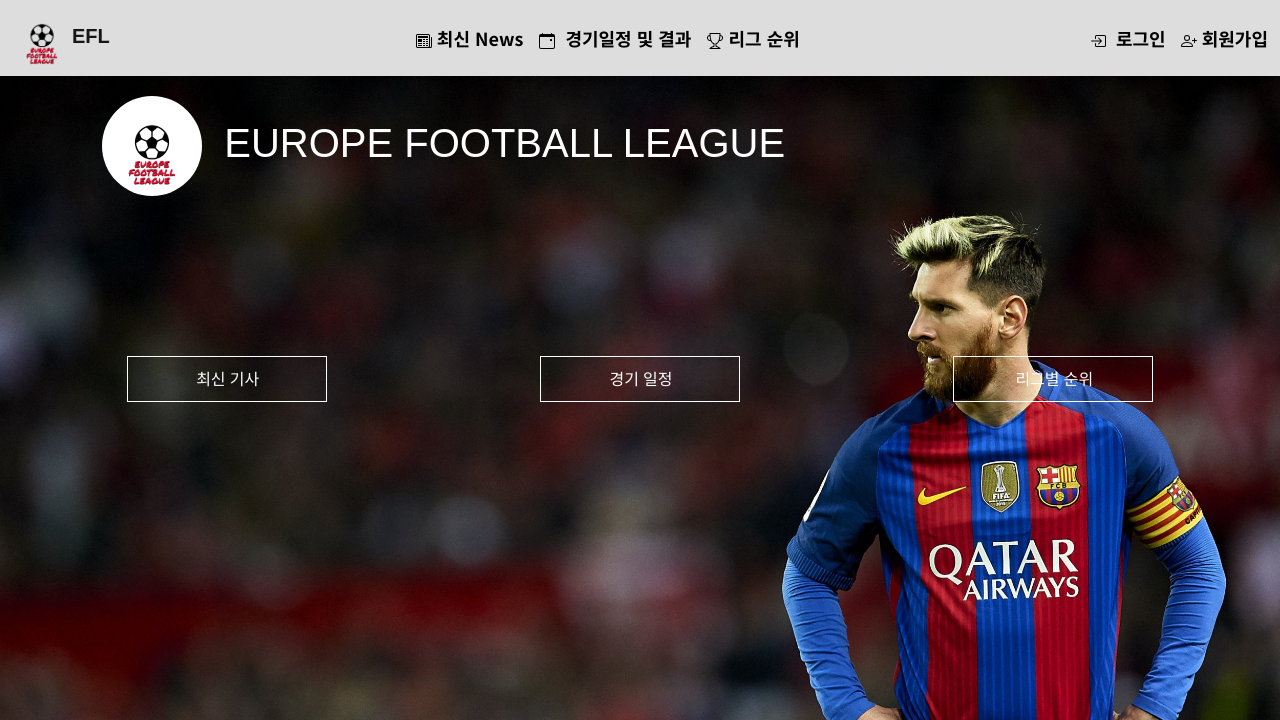
Repository: kylekimkim/uefa_project
Page: http://localhost/index
The author's editor kept a copy of each file at every save. The page is drawn from the files as they stood at one save, then again after the next save.
The browser window is 1280 px wide. The pictures show the whole page.
Some web fonts or font styles are not loaded; a fallback is used. The page is this project's Thymeleaf template; nobody is signed in. The template is opened directly, without the code that normally fills it, so the values that code supplies are empty.

Above is the page before, as saved 2022-07-22 08:17:24.

### uefa_project/src/main/resources/templates/index.html
<html lang="ko" xmlns:th="http:/www.thymeleaf.org">

	<head>
		<meta charset="UTF-8">
	</head>
	<style>
		body{
			background-image:url('/img/back.jpg');
			background-size:cover;
		}
		.logo{
			width:100px;
			background-color: white;
			border-radius:50px;
			padding:5px;
		}
		.menuList{
		border-radius:20px;
		display:flex;
		text-align:center;
		padding:20px;
		}
		.menuItem{
			width:200px;
			border:1px solid;
			color:white;
			margin:20px;
			text-align:center;
			margin:auto;
		}
		.menuBtn{
			width:200px;
			color:white;
			border:none;
			background-color: transparent;
			padding:10px;
		}
		.menuItem:hover{
			box-shadow:2px 2px 5px white;
			font-size:larger;
		}
	</style>
	<body>
		<header th:insert="header_nav.html"></header>
		<div class="container">
			<h1 style="color:white; margin:20px; font-family:'Mochiy Pop One', sans-serif;"><img class="logo" src="/img/logo.png" alt="league_image"> &nbsp;EUROPE FOOTBALL LEAGUE</h1>
		</div>
		<br><br><br><br><br>
		<div class="menuList">
			<div class="menuItem">
				<button class="menuBtn" onclick="'#'">최신 기사</button>
			</div>
			<div class="menuItem">
				<button class="menuBtn" id="dropdown_btn slide-y" onclick="location.href='/match/2223/list.do'">경기 일정</button>
			</div>
			<div class="menuItem">
				<button class="menuBtn" onclick="location.href='/team/rank.do'">리그별 순위</button>
			</div>

		<div>
	</body>
</html>

### uefa_project/src/main/resources/templates/header_nav.html
<html lang="ko" xmlns:th="http://www.thymeleaf.org">
	<head>
	<meta charset="UTF-8">
		<link href="https://cdn.jsdelivr.net/npm/bootstrap@5.1.3/dist/css/bootstrap.min.css" rel="stylesheet" integrity="sha384-1BmE4kWBq78iYhFldvKuhfTAU6auU8tT94WrHftjDbrCEXSU1oBoqyl2QvZ6jIW3" crossorigin="anonymous">
		<script src="https://cdn.jsdelivr.net/npm/bootstrap@5.1.3/dist/js/bootstrap.bundle.min.js" integrity="sha384-ka7Sk0Gln4gmtz2MlQnikT1wXgYsOg+OMhuP+IlRH9sENBO0LRn5q+8nbTov4+1p" crossorigin="anonymous"></script>
	</head>
	<style>
	@import url('https://fonts.googleapis.com/css2?family=Do+Hyeon&display=swap');
	@import url('https://fonts.googleapis.com/css2?family=Noto+Sans+KR:wght@500&display=swap');
	@import url('https://fonts.googleapis.com/css2?family=Mochiy+Pop+One&display=swap');
	table{
			background-color:rgb(232, 232, 232);
			border-radius:20px;
			font-family: 'Do Hyeon', sans-serif;
		}
	.admin{
		background-color: rgb(64, 64, 64);
	}
	#navItem{
		color:black;
	}
	#navItem:hover{
		color:blue;
		font-size:large;
	}
	nav{
		font-family: 'Noto Sans KR', sans-serif;
		font-size:large;
		font-weight:900;
	}
	</style>
	<body>
		<nav class="navbar navbar-expand-lg navbar-light" style="background-color:rgb(221, 221, 221);">
			<div class="container-fluid">
			    <span style="font-family:'Mochiy Pop One', sans-serif;" ><a class="navbar-brand" href="/"><img src="/img/logo.png" alt="league_image" width=60px;>EFL</a></span>
				<div class="collapse navbar-collapse justify-content-between" id="navbarNavDropdown">
					<ul class="navbar-nav"  style="margin:auto">
						<li class="nav-item" style="margin:auto">
							<a class="nav-link" href="#" id="navItem">
								<svg xmlns="http://www.w3.org/2000/svg" width="16" height="16" fill="currentColor" class="bi bi-newspaper" viewBox="0 0 16 16">
								  <path d="M0 2.5A1.5 1.5 0 0 1 1.5 1h11A1.5 1.5 0 0 1 14 2.5v10.528c0 .3-.05.654-.238.972h.738a.5.5 0 0 0 .5-.5v-9a.5.5 0 0 1 1 0v9a1.5 1.5 0 0 1-1.5 1.5H1.497A1.497 1.497 0 0 1 0 13.5v-11zM12 14c.37 0 .654-.211.853-.441.092-.106.147-.279.147-.531V2.5a.5.5 0 0 0-.5-.5h-11a.5.5 0 0 0-.5.5v11c0 .278.223.5.497.5H12z"/>
								  <path d="M2 3h10v2H2V3zm0 3h4v3H2V6zm0 4h4v1H2v-1zm0 2h4v1H2v-1zm5-6h2v1H7V6zm3 0h2v1h-2V6zM7 8h2v1H7V8zm3 0h2v1h-2V8zm-3 2h2v1H7v-1zm3 0h2v1h-2v-1zm-3 2h2v1H7v-1zm3 0h2v1h-2v-1z"/>
								</svg>&nbsp;최신 News
							</a>
						</li>
						<li class="nav-item"  style="margin:auto">
							<a class=nav-link href="/match/2122/list.do" id="navItem">
								<svg xmlns="http://www.w3.org/2000/svg" width="16" height="16" fill="currentColor" class="bi bi-calendar-event" viewBox="0 0 16 16">
								  <path d="M11 6.5a.5.5 0 0 1 .5-.5h1a.5.5 0 0 1 .5.5v1a.5.5 0 0 1-.5.5h-1a.5.5 0 0 1-.5-.5v-1z"/>
								  <path d="M3.5 0a.5.5 0 0 1 .5.5V1h8V.5a.5.5 0 0 1 1 0V1h1a2 2 0 0 1 2 2v11a2 2 0 0 1-2 2H2a2 2 0 0 1-2-2V3a2 2 0 0 1 2-2h1V.5a.5.5 0 0 1 .5-.5zM1 4v10a1 1 0 0 0 1 1h12a1 1 0 0 0 1-1V4H1z"/>
								</svg> &nbsp;경기일정 및 결과
							</a>
						</li>
						<li class="nav-item"  style="margin:auto">
							<a class=nav-link href="/team/rank.do" id="navItem">
								<svg xmlns="http://www.w3.org/2000/svg" width="16" height="16" fill="currentColor" class="bi bi-trophy" viewBox="0 0 16 16">
								  <path d="M2.5.5A.5.5 0 0 1 3 0h10a.5.5 0 0 1 .5.5c0 .538-.012 1.05-.034 1.536a3 3 0 1 1-1.133 5.89c-.79 1.865-1.878 2.777-2.833 3.011v2.173l1.425.356c.194.048.377.135.537.255L13.3 15.1a.5.5 0 0 1-.3.9H3a.5.5 0 0 1-.3-.9l1.838-1.379c.16-.12.343-.207.537-.255L6.5 13.11v-2.173c-.955-.234-2.043-1.146-2.833-3.012a3 3 0 1 1-1.132-5.89A33.076 33.076 0 0 1 2.5.5zm.099 2.54a2 2 0 0 0 .72 3.935c-.333-1.05-.588-2.346-.72-3.935zm10.083 3.935a2 2 0 0 0 .72-3.935c-.133 1.59-.388 2.885-.72 3.935zM3.504 1c.007.517.026 1.006.056 1.469.13 2.028.457 3.546.87 4.667C5.294 9.48 6.484 10 7 10a.5.5 0 0 1 .5.5v2.61a1 1 0 0 1-.757.97l-1.426.356a.5.5 0 0 0-.179.085L4.5 15h7l-.638-.479a.501.501 0 0 0-.18-.085l-1.425-.356a1 1 0 0 1-.757-.97V10.5A.5.5 0 0 1 9 10c.516 0 1.706-.52 2.57-2.864.413-1.12.74-2.64.87-4.667.03-.463.049-.952.056-1.469H3.504z"/>
								</svg>&nbsp;리그 순위
							</a>
						</li>
						  <li class="nav-item dropdown" th:if="${session.memVo} and ${session.memVo.grade == 0}">
						    <a class="nav-link dropdown-toggle" data-bs-toggle="dropdown" href="#" role="button" aria-expanded="false" id="navItem">
						    	<svg xmlns="http://www.w3.org/2000/svg" width="16" height="16" fill="currentColor" class="bi bi-person-circle" viewBox="0 0 16 16">
								  <path d="M11 6a3 3 0 1 1-6 0 3 3 0 0 1 6 0z"/>
								  <path fill-rule="evenodd" d="M0 8a8 8 0 1 1 16 0A8 8 0 0 1 0 8zm8-7a7 7 0 0 0-5.468 11.37C3.242 11.226 4.805 10 8 10s4.757 1.225 5.468 2.37A7 7 0 0 0 8 1z"/>
								</svg>&nbsp;관리자 전용</a>
						    <ul class="dropdown-menu">
						      <li><a class="dropdown-item" href="/mem/list.do">멤버 관리</a></li>
						      <li><a class="dropdown-item" href="/team/list.do">Team 순위 관리</a></li>
						      <li><a class="dropdown-item" href="/admin/match/2122/list.do">경기 일정 관리 </a></li>
						    </ul>
						  </li>
					</ul>
					<div th:if="${session.memVo}">
						<svg  th:if="${session.memVo.grade == 0}" xmlns="http://www.w3.org/2000/svg" width="16" height="16" fill="currentColor" class="bi bi-person-circle" viewBox="0 0 16 16">
						  <path d="M11 6a3 3 0 1 1-6 0 3 3 0 0 1 6 0z"/>
						  <path fill-rule="evenodd" d="M0 8a8 8 0 1 1 16 0A8 8 0 0 1 0 8zm8-7a7 7 0 0 0-5.468 11.37C3.242 11.226 4.805 10 8 10s4.757 1.225 5.468 2.37A7 7 0 0 0 8 1z"/>
						</svg>
						<svg th:if="${session.memVo.grade != 0}" xmlns="http://www.w3.org/2000/svg" width="16" height="16" fill="currentColor" class="bi bi-person" viewBox="0 0 16 16">
						  <path d="M8 8a3 3 0 1 0 0-6 3 3 0 0 0 0 6zm2-3a2 2 0 1 1-4 0 2 2 0 0 1 4 0zm4 8c0 1-1 1-1 1H3s-1 0-1-1 1-4 6-4 6 3 6 4zm-1-.004c-.001-.246-.154-.986-.832-1.664C11.516 10.68 10.289 10 8 10c-2.29 0-3.516.68-4.168 1.332-.678.678-.83 1.418-.832 1.664h10z"/>
						</svg>
						<span th:text="${session.memVo}?${session.memVo.id}:''"></span>
						(<span th:text="${session.memVo?.name}"></span>)
						님 로그인
						&nbsp;&nbsp;
						<a  class="btn btn-outline-primary position-relative" th:href="@{/team/myteam(teamNum=${session.memVo.myteam})}" th:if="${session.memVo.myteam}">
							My Team
							</span>
						</a>
						<a  class="btn btn-outline-primary position-relative" th:href="@{/team/select(id=${session.memVo.id})}" th:if="${session.memVo.myteam==null}">
							My Team을 설정해보세요
							</span>
						</a>
						&nbsp;&nbsp;
						<a 	href="/mem/logout" style="text-decoration:none; color:black;">
							<svg xmlns="http://www.w3.org/2000/svg" width="16" height="16" fill="currentColor" class="bi bi-box-arrow-left" viewBox="0 0 16 16">
							  <path fill-rule="evenodd" d="M6 12.5a.5.5 0 0 0 .5.5h8a.5.5 0 0 0 .5-.5v-9a.5.5 0 0 0-.5-.5h-8a.5.5 0 0 0-.5.5v2a.5.5 0 0 1-1 0v-2A1.5 1.5 0 0 1 6.5 2h8A1.5 1.5 0 0 1 16 3.5v9a1.5 1.5 0 0 1-1.5 1.5h-8A1.5 1.5 0 0 1 5 12.5v-2a.5.5 0 0 1 1 0v2z"/>
							  <path fill-rule="evenodd" d="M.146 8.354a.5.5 0 0 1 0-.708l3-3a.5.5 0 1 1 .708.708L1.707 7.5H10.5a.5.5 0 0 1 0 1H1.707l2.147 2.146a.5.5 0 0 1-.708.708l-3-3z"/>
							</svg>&nbsp;로그아웃
						</a>

					</div>
	 				<div class="d-flex" th:if="!${session.memVo}">
						<a 	href="/mem/login" style="text-decoration:none; color:black;">
							<svg xmlns="http://www.w3.org/2000/svg" width="16" height="16" fill="currentColor" class="bi bi-box-arrow-in-right" viewBox="0 0 16 16">
							  <path fill-rule="evenodd" d="M6 3.5a.5.5 0 0 1 .5-.5h8a.5.5 0 0 1 .5.5v9a.5.5 0 0 1-.5.5h-8a.5.5 0 0 1-.5-.5v-2a.5.5 0 0 0-1 0v2A1.5 1.5 0 0 0 6.5 14h8a1.5 1.5 0 0 0 1.5-1.5v-9A1.5 1.5 0 0 0 14.5 2h-8A1.5 1.5 0 0 0 5 3.5v2a.5.5 0 0 0 1 0v-2z"/>
							  <path fill-rule="evenodd" d="M11.854 8.354a.5.5 0 0 0 0-.708l-3-3a.5.5 0 1 0-.708.708L10.293 7.5H1.5a.5.5 0 0 0 0 1h8.793l-2.147 2.146a.5.5 0 0 0 .708.708l3-3z"/>
							</svg> &nbsp;로그인
						</a>&nbsp;&nbsp;&nbsp;
						<a 	href="/mem/signup" style="text-decoration:none; color:black;">
							<svg xmlns="http://www.w3.org/2000/svg" width="16" height="16" fill="currentColor" class="bi bi-person-plus" viewBox="0 0 16 16">
							  <path d="M6 8a3 3 0 1 0 0-6 3 3 0 0 0 0 6zm2-3a2 2 0 1 1-4 0 2 2 0 0 1 4 0zm4 8c0 1-1 1-1 1H1s-1 0-1-1 1-4 6-4 6 3 6 4zm-1-.004c-.001-.246-.154-.986-.832-1.664C9.516 10.68 8.289 10 6 10c-2.29 0-3.516.68-4.168 1.332-.678.678-.83 1.418-.832 1.664h10z"/>
							  <path fill-rule="evenodd" d="M13.5 5a.5.5 0 0 1 .5.5V7h1.5a.5.5 0 0 1 0 1H14v1.5a.5.5 0 0 1-1 0V8h-1.5a.5.5 0 0 1 0-1H13V5.5a.5.5 0 0 1 .5-.5z"/>
							</svg>&nbsp;회원가입
						</a>
					</div>
				</div>
			</div>
		</nav>
	</body>
</html>

After the next save:
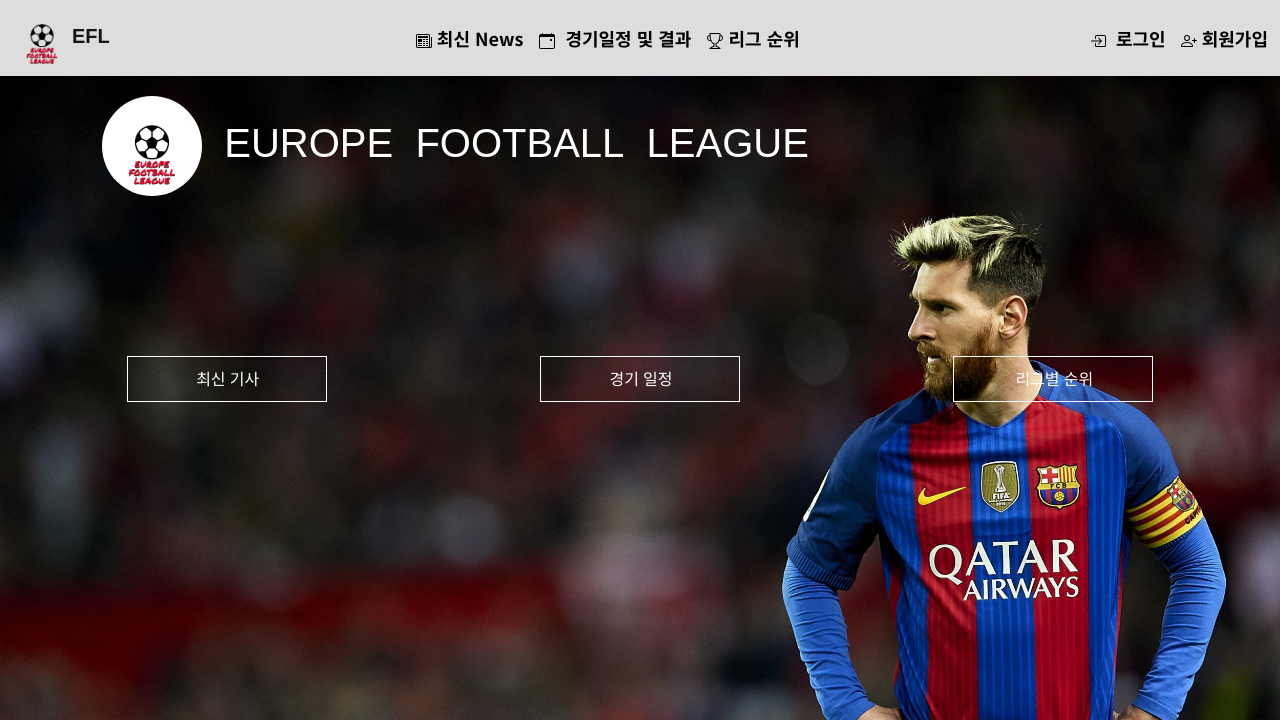
Saved 78 s later.
--- a/uefa_project/src/main/resources/templates/index.html
+++ b/uefa_project/src/main/resources/templates/index.html
@@ -43,7 +43,7 @@
 	<body>
 		<header th:insert="header_nav.html"></header>
 		<div class="container">
-			<h1 style="color:white; margin:20px; font-family:'Mochiy Pop One', sans-serif;"><img class="logo" src="/img/logo.png" alt="league_image"> &nbsp;EUROPE FOOTBALL LEAGUE</h1>
+			<h1 style="color:white; margin:20px; font-family:'Mochiy Pop One', sans-serif;"><img class="logo" src="/img/logo.png" alt="league_image"> &nbsp;EUROPE&nbsp; FOOTBALL&nbsp; LEAGUE</h1>
 		</div>
 		<br><br><br><br><br>
 		<div class="menuList">
